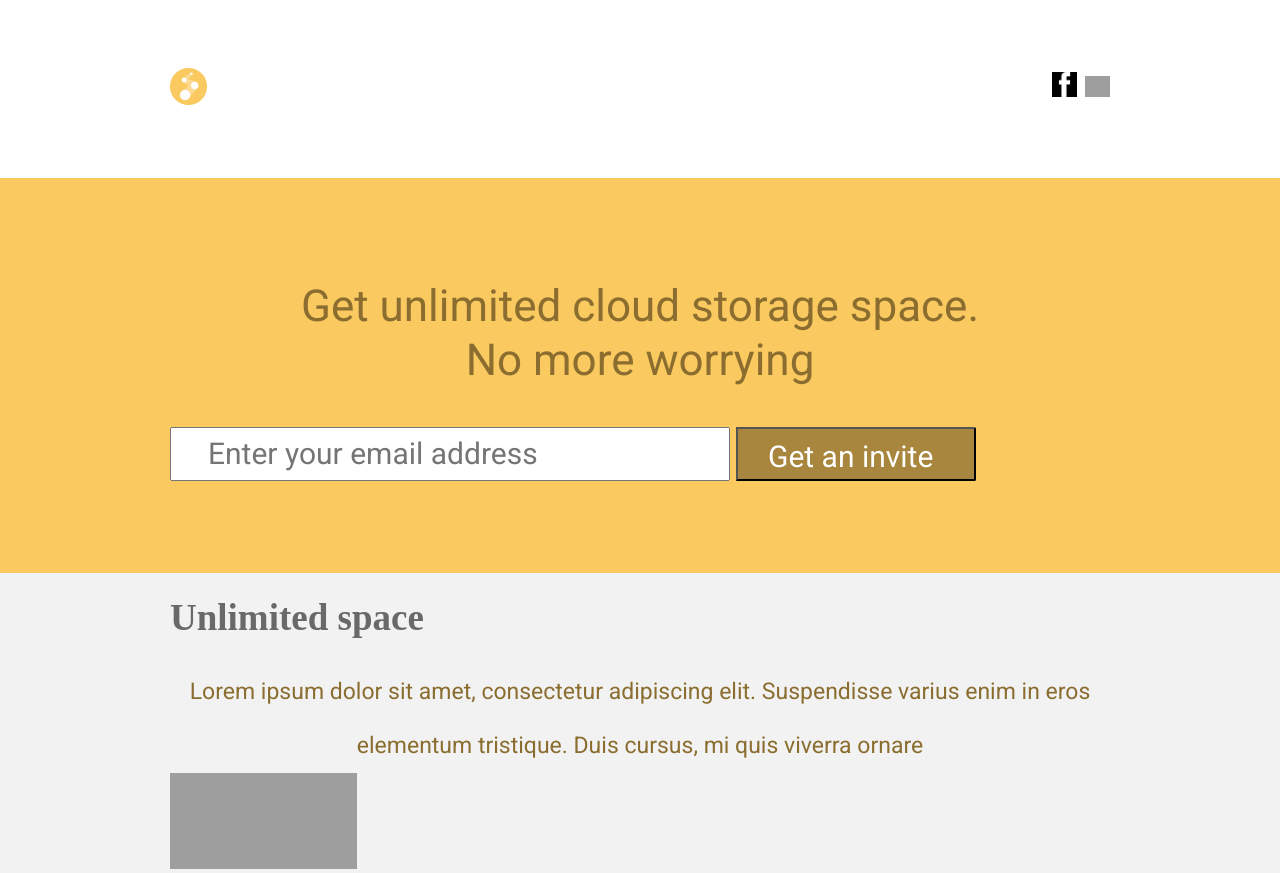
Repository: AndreyMykulych/user_home_work_Mykulych
Page: index.html
The author's editor kept a copy of each file at every save. The page is drawn from the files as they stood at one save, then again after the next save.
The browser window is 1280 px wide. The pictures show the whole page.
Pictures or frames that could not be fetched are drawn as grey boxes.

Above is the page before, as saved 2023-02-27 17:22:21.

### index.html
<!DOCTYPE html>
<html lang="en">
<head>
    <meta charset="UTF-8">
    <meta http-equiv="X-UA-Compatible" content="IE=edge">
    <meta name="viewport" content="width=device-width, initial-scale=1.0">
    <title>Document</title>
    <link  rel="stylesheet"  href="styles/normalize.css">
    <link  rel="stylesheet"  href="styles/style.css">
    <link rel="preconnect" href="https://fonts.googleapis.com">
<link rel="preconnect" href="https://fonts.gstatic.com" crossorigin>
<link href="https://fonts.googleapis.com/css2?family=Roboto&display=swap" rel="stylesheet">

</head>
<body>
    <div class="wrapper">
        <h1 class="first-block">
            <img class="logo-Photo" src="/3/img/IMAGE.png" alt="main">
        </h1>

            <h1 class="second-block">
                <img class="Fb-Photo" src="data:[embedded picture, 1466 characters]" alt="FB">
                <img class="Twit-Photo" src="https://cdn-icons-png.flaticon.com/512/733/733635.png" alt="Twitter">
            </h1>
    </div>
    <div class="input-back">
    <div class="input-conteiner">
        <p class="text_1">Get unlimited cloud storage space.</p>
        <p class="text_2">No more worrying</p>
        <form>
            <input placeholder="Enter your email address" type="email" id="email" name="email">
            <button>Get an invite</button>
          </form>
    </div>
</div>
<div class="full_Content">
    <div class="content_first">
     <h1>Unlimited space</h1>
     <p>Lorem ipsum dolor sit amet, consectetur adipiscing elit. Suspendisse varius enim in eros elementum tristique. Duis cursus, mi quis viverra ornare</p>
     <img  class="infinity" src="https://www.freepnglogos.com/uploads/infinity-symbol-png/infinity-symbol-clipart-download-best-infinity-14.png" >
</div>
</div>
</body>
</html>

### styles/style.css
*{
    box-sizing: border-box;
}

.wrapper {
    margin: 0 auto;
    width: 940px;
    margin-top:47px;
}


h1 {
    display: inline-block;
}


.first-block {
    text-align: left;
}


.second-block {
    float: right;
}


.logo-Photo {
    width: 37px;
    height: 37px;
}


.Fb-Photo {
width: 25px;
height: 25px;
}


.Twit-Photo{
    width: 25px;
    height: 21px;
}


.input-back{
    width: 100%;
    background-color: #FAC960;
    height: auto;
    margin-top:43px;

}


.input-conteiner {
    width: 940px;
    margin: 0 auto;
   padding-top:91px;
   padding-bottom: 92px;
}


p {
    margin: 0px;
    display: block;
    font-family: 'Roboto', sans-serif;
    text-align: center;
    font-style: normal;
    font-weight: 400;
    font-size: 44px;
    line-height: 54px;
    color: #8A6D2F;
}



.text_1 {
    padding-top: 10px;
}


.text_2{

    margin-top: 0px;
}



form {
    display: inline-block;
    margin-top: 40px;

}



input {
    padding-left: 36px;
    width: 560px;
    height: 54px;
    font-family: 'Roboto';
font-style: normal;
font-weight: 400;
font-size: 30px;
line-height: 54px;
color: #999999;
}

button {
      position: absolute;
      width: 240px;
      color: #fff;
      background-color: #A8863D;
      text-align: left;
      padding-left: 30px;
      height: 54px;
      margin-left: 6px;
      font-family: 'Roboto';
      font-style: normal;
      font-weight: 400;
      font-size: 30px;
      line-height: 54px;
      border-radius: 0px 2px 2px 0px;
}

.full_Content{
    height: auto;
    width: 100%;
    display: inline-block;
    background-color: #F2F2F2;
}
.content_first {
    width: 940px;
   margin: 0 auto;

}
.content_first img{
    width: 186.59px;
    height:96px;
}

.content_first h1{
font-size: 37px;
color: #000000;
opacity: 56%;
}

.content_first p{
    font-size: 23px;
}

Loaded but not shown: styles/normalize.css (library)

After the next save:
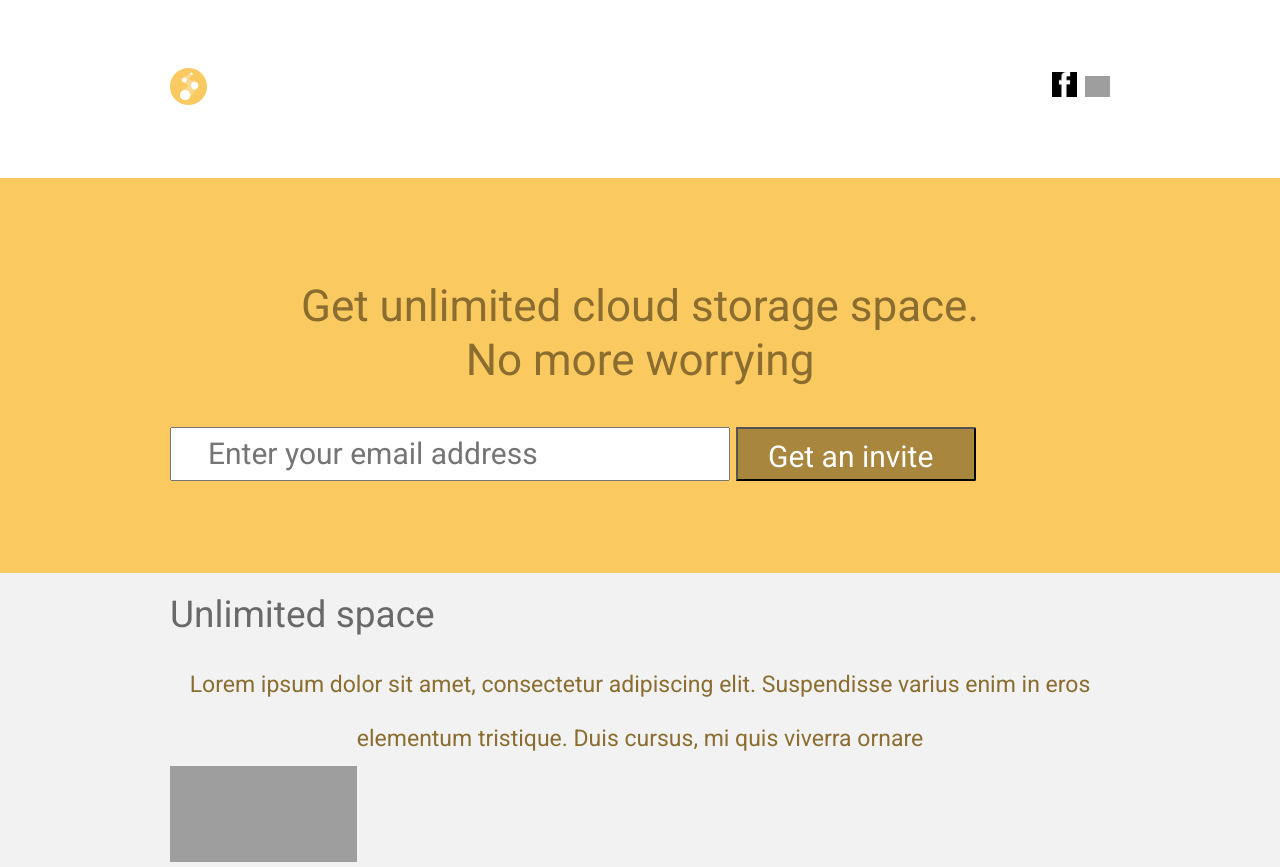
Saved 21 s later.
--- a/styles/style.css
+++ b/styles/style.css
@@ -142,6 +142,14 @@ button {
 font-size: 37px;
 color: #000000;
 opacity: 56%;
+font-family: 'Roboto';
+font-style: normal;
+font-weight: 400;
+font-size: 37px;
+line-height: 36px;
+/* identical to box height, or 97% */
+
+text-align: center;
 }
 
 .content_first p{
